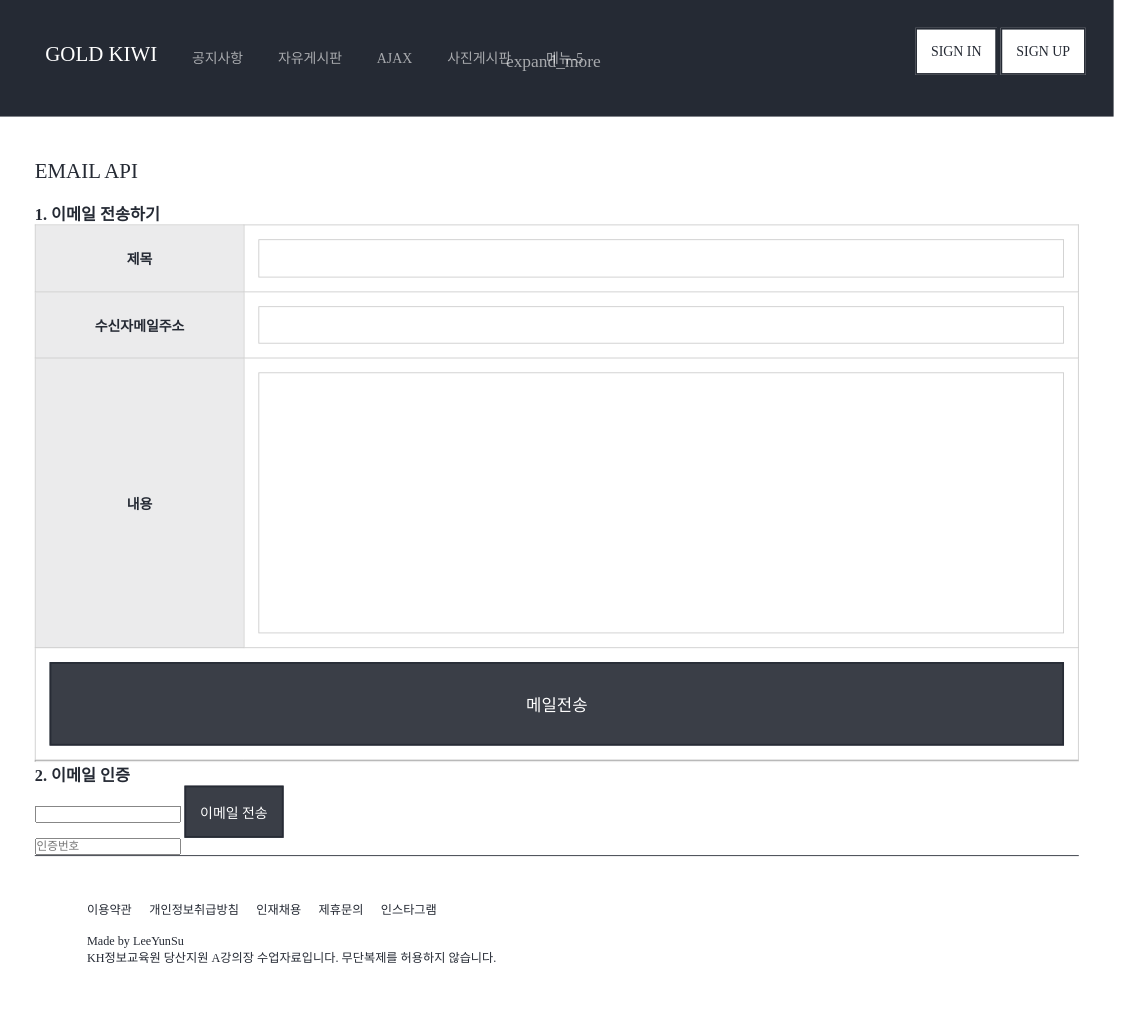
Repository: RiboKim/web-workspace
Page: http://localhost/07_mvc2WebProject/email.do
The author's editor kept a copy of each file at every save. The page is drawn from the files as they stood at one save, then again after the next save.
The browser window is 1280 px wide. The page is 1310 px wide, then 1280 px, so the pictures cover 1310 px, including what lies to the right of the window. The pictures show the whole page, at 87% of full size.
Some web fonts or font styles are not loaded; a fallback is used. The page is served by Tomcat 9. Other server files are loaded and not shown.

Above is the page before, as saved 2023-02-22 02:18:53.

### 07_mvc2WebProject/src/main/webapp/WEB-INF/views/etc/email.jsp
<%@ page language="java" contentType="text/html; charset=UTF-8"
    pageEncoding="UTF-8"%>
<!DOCTYPE html>
<html>
<head>
<meta charset="UTF-8">
<title>Insert title here</title>
<style>
	th,td{
		border : 1px solid #ccc;
	}
</style>
</head>
<body>
	<%@include file="/WEB-INF/views/common/header.jsp" %>
	<div class="page-content">
		<div class="page-title">EMAIL API</div>
		<h3>1. 이메일 전송하기</h3>
		<form action="/mailSend1.do" method="post">
			<table class="tbl">
				<tr class="tr-1">
					<th class="td-2" style="width:20%;">제목</th>
					<td>
						<input type="text" name="mailTitle" class="input-form">
					</td>
				</tr>
				<tr class="tr-1">
					<th class="td-2">수신자메일주소</th>
					<td>
						<input type="text" name="receiver" class="input-form">
					</td>
				</tr>
				<tr>
					<th class="td-2">내용</th>
					<td>
						<textarea name="mailContent" class="input-form"></textarea>
					</td>
				</tr>
				<tr>
					<th colspan="2">
						<button class="btn bc1 bs4" type="submit">메일전송</button>
					</th>
				</tr>
			</table>
		</form>
		<hr>
		<h3>2. 이메일 인증</h3>
		<input type="text" id="email">
		<button class="btn bc1" id="sendBtn">이메일 전송</button>
		<div id="auth">
			<input type="text" id="authCod" placeholder="인증번호"
		</div>
	</div>
	<script>
		$("#sendBtn").on("click",function(){

		});
	</script>
	<%@include file="/WEB-INF/views/common/footer.jsp" %>
</body>
</html>

### 07_mvc2WebProject/src/main/webapp/WEB-INF/views/common/header.jsp
<%@page import="kr.or.iei.member.model.vo.Member"%>
<%@ page language="java" contentType="text/html; charset=UTF-8"
    pageEncoding="UTF-8"%>
    <%
    	Member m = (Member)session.getAttribute("m");
    %>

	<!-- 구글 아이콘 -->
    <link href="https://fonts.googleapis.com/icon?family=Material+Icons" rel="stylesheet">
    <!-- jquery -->
    <script src="/js/jquery-3.6.0.js"></script>
    <!-- 기본 CSS -->
    <link rel="stylesheet" href="/css/default.css" />
    <!-- 기본 js -->
    <script src="/js/default.js"></script>

    <header>
      <div class="site-logo">
        <a href="/">GOLD KIWI</a>
      </div>
      <nav>
        <ul class="navi">
          <li><a href="/noticeList.do?requestPage=1">공지사항</a></li>
          <li><a href="/boardList.do?requestPage=1">자유게시판</a></li>
          <li><a href="/ajax.do">AJAX</a></li>
          <li><a href="/photoList.do">사진게시판</a></li>
          <li>
			<a href="#">메뉴-5</a>
            <ul class="sub-navi">
              <li><a href="/email.do">eamil</a></li>
              <li><a href="#">sub-2</a></li>
              <li><a href="#">sub-3</a></li>
            </ul>
           </li>
        </ul>
      </nav>
      <div class="header-link">
      <%if(m == null){ %>
        <button class="btn bc11 modal-open-btn" target="#login-modal">SIGN IN</button>
        <a class="btn bc11" href="/signupFrm.do">SIGN UP</a>
      <%}else{ %>
      <%--<a class="btn bc11" href="/mypage1.do"><%=m.getMemberName() %></a> --%>
      <%--memberId를 mypage2.do로 넘겨주는거 --%>
      <a class="btn bc11" href="/mypage2.do?memberId=<%=m.getMemberId() %>"><%=m.getMemberName() %></a>

      <a class="btn bc11" href="/logout.do">LOGOUT</a>
      <%} %>
      </div>
    </header>
    <%if(m == null) {%>
    <div id="login-modal" class="modal-bg">
      <div class="modal-wrap">
        <div class="modal-head">
          <h2>SIGN IN</h2>
          <span class="material-icons close-icon modal-close">close</span>
        </div>
        <form action="/signin.do" method="post">
        <div class="modal-content">
          <div class="input-box">
          	<label for="signId">아이디</label>
          	<input type="text" name="signId" id="signId" class="input-form" placeholder="아이디입력">
          </div>
          <div class="input-box">
          	<label for="signPw">비밀번호</label>
          	<input type="password" name="signPw" id="signPw" class="input-form" placeholder="비밀번호입력">
          </div>
          <div class="input-box link-box">
          	<a href="#">아이디/비밀번호 찾기</a>
          </div>
        </div>
        <div class="modal-foot">
          <button type="submit" class="btn bc11">로그인</button>
          <button type="button" class="btn bc1 modal-close">취소</button>
        </div>
        </form>
      </div>
    </div>
    <%}%>

### 07_mvc2WebProject/src/main/webapp/WEB-INF/views/common/footer.jsp
<%@ page language="java" contentType="text/html; charset=UTF-8"
    pageEncoding="UTF-8"%>
	<footer>
      <div class="footer-content">
        <ul>
          <li><a href="#">이용약관</a></li>
          <li><a href="#">개인정보취급방침</a></li>
          <li><a href="#">인재채용</a></li>
          <li><a href="#">제휴문의</a></li>
          <li><a href="#">인스타그램</a></li>
        </ul>
        <p>Made by LeeYunSu</p>
        <p>
          KH정보교육원 당산지원 A강의장 수업자료입니다. 무단복제를 허용하지
          않습니다.
        </p>
      </div>
    </footer>

### 07_mvc2WebProject/src/main/java/kr/or/iei/api/controller/EmailServlet.java
package kr.or.iei.api.controller;

import java.io.IOException;

import javax.servlet.RequestDispatcher;
import javax.servlet.ServletException;
import javax.servlet.annotation.WebServlet;
import javax.servlet.http.HttpServlet;
import javax.servlet.http.HttpServletRequest;
import javax.servlet.http.HttpServletResponse;

/**
 * Servlet implementation class EmailServlet
 */
@WebServlet(name = "Email", urlPatterns = { "/email.do" })
public class EmailServlet extends HttpServlet {
	private static final long serialVersionUID = 1L;

    /**
     * @see HttpServlet#HttpServlet()
     */
    public EmailServlet() {
        super();
        // TODO Auto-generated constructor stub
    }

	/**
	 * @see HttpServlet#doGet(HttpServletRequest request, HttpServletResponse response)
	 */
	protected void doGet(HttpServletRequest request, HttpServletResponse response) throws ServletException, IOException {
		//1.인코딩
		request.setCharacterEncoding("utf-8");
		//2.값추출
		//3.비즈니스로직
		//4.결과처리
		RequestDispatcher view = request.getRequestDispatcher("/WEB-INF/views/etc/email.jsp");
		view.forward(request, response);
	}

	/**
	 * @see HttpServlet#doPost(HttpServletRequest request, HttpServletResponse response)
	 */
	protected void doPost(HttpServletRequest request, HttpServletResponse response) throws ServletException, IOException {
		// TODO Auto-generated method stub
		doGet(request, response);
	}

}

### 07_mvc2WebProject/src/main/webapp/css/default.css
/* 사용할 font 선언 */
@font-face {
  font-family: ns-thin;
  src: url(../font/NotoSansKR-Thin.otf);
}
@font-face {
  font-family: ns-light;
  src: url(../font/NotoSansKR-Light.otf);
}
@font-face {
  font-family: ns-m;
  src: url(../font/NotoSansKR-Medium.otf);
}
@font-face {
  font-family: ns-bold;
  src: url(../font/NotoSansKR-Bold.otf);
}
@font-face {
  font-family: ns-black;
  src: url(../font/NotoSansKR-Black.otf);
}
/*
    사이트 사용 색상
    balck : #252A34
    darkgray : #393E46
    lightgray : #EEEEEE
    dark-mint : #00ADB5
    mint : #08D9D6
    point-red : #FF2E63
    point-pink : #F85F73
    point-violet : #892CDC
*/
/* 전체태그 기본 margin, padding 제거 */
/* 기본 글씨 색 및 폰트 설정 */

* {
  margin: 0;
  padding: 0;
  color: #252a34;
  font-family: ns-m;
}
body {
  display: flex;
  flex-direction: column;
  min-height: 100vh;
}
/* 기본화면 레이아웃 */
a {
  text-decoration: none;
}
header {
  background-color: #252a34;
  padding: 32px;
  display: flex;
  min-width: 1200px;
}
header > *:not(.header-link) {
  float: left;
}
header > .site-logo {
  padding: 0px 20px;
}
header > .site-logo > a {
  color: #fff;
  font-family: ns-bold;
  font-size: 24px;
  line-height: 60px;
}
header > nav {
  flex-grow: 1;
}

header > nav > .navi {
  list-style-type: none;
}
header > nav > .navi > li {
  float: left;
  position: relative;
}
header > nav > .navi > li > a {
  display: block;
  color: rgba(255, 255, 255, 0.6);
  padding: 5px 20px;
  transition-duration: 0.5s;
  line-height: 60px;
}
header > nav > .navi > li:hover > a,
header > nav > .navi > li:hover > a + span {
  color: rgba(255, 255, 255, 1);
}
header > nav > .navi > li:hover > .sub-navi {
  display : block;
}
header > nav .sub-navi {
  position: absolute;
  background-color: #fff;
  list-style-type: none;
  display: none;
  border: 1px solid rgba(0, 0, 0, 0.2);
  left: 10px;
  min-width: 10rem;
}
header > nav .sub-navi > li {
  padding: 0.25rem 1rem;
}
header > nav .sub-navi > li > a {
  display: block;
}
header > nav .sub-navi > li:hover {
  background-color: rgba(0, 0, 0, 0.05);
}
.material-icons.dropdown {
  font-size: 20px;
  color: rgba(255, 255, 255, 0.6);
  position: absolute;
  right: 0px;
  top: 27px;
  transition-duration: 0.5s;
}
.material-icons.dropdown:hover {
  cursor: pointer;
}
.page-content {
  width: 1200px;
  margin: 30px auto;
  margin-bottom: 10px;
  flex-grow: 1;
}
.page-title {
  font-family: ns-bold;
  padding: 20px 0px;
  font-size: 1.5rem;
}
footer {
  padding: 50px;
  border-top: 1px solid #252a34;
}
footer > .footer-content {
  width: 1200px;
  margin: 0 auto;
  padding: 0px 10px;
}
footer > .footer-content * {
  font-size: 14px;
}
footer > .footer-content > ul {
  list-style-type: none;
  overflow: hidden;
  margin-bottom: 20px;
}
footer > .footer-content > ul > li {
  float: left;
}
footer > .footer-content > ul > li > a {
  padding-right: 20px;
}

/* font 클래스*/
.f-thin {
  font-family: ns-thin;
}
.f-light {
  font-family: ns-light;
}
.f-medium {
  font-family: ns-m;
}
.f-bold {
  font-family: ns-bold;
}
.f-black {
  font-family: ns-black;
}

/* 글씨 색 */
.fc-1 {
  color: #252a34;
}
.fc-2 {
  color: #393e46;
}
.fc-3 {
  color: #eeeeee;
}
.fc-4 {
  color: #00adb5;
}
.fc-5 {
  color: #08d9d6;
}
.fc-6 {
  color: #ff2e63;
}
.fc-7 {
  color: #f85f73;
}
.fc-8 {
  color: #892cdc;
}

/* 배경 색*/
.bg-1 {
  background-color: #252a34;
}
.bg-2 {
  background-color: #393e46;
}
.bg-3 {
  background-color: #eeeeee;
}
.bg-4 {
  background-color: #00adb5;
}
.bg-5 {
  background-color: #08d9d6;
}
.bg-6 {
  background-color: #ff2e63;
}
.bg-7 {
  background-color: #f85f73;
}
.bg-8 {
  background-color: #892cdc;
}

/* 테이블 디자인 */
.tbl {
  width: 100%;
  border-spacing: 0px;
  border-collapse: collapse;
}
.tbl th,
.tbl td {
  padding: 1rem;
  text-align: center;
}
.tbl .tr-1 {
  background-color: rgba(255, 255, 255, 1);
}
.tbl .tr-2 {
  background-color: rgba(57, 62, 70, 0.1);
}
.tbl .tr-3 {
  background-color: rgba(0, 173, 181, 0.1);
}
.tbl .tr-4 {
  background-color: rgba(137, 44, 220, 0.1);
}
.tbl .tr-5 {
  background-color: rgba(255, 46, 999, 0.1);
}
.tbl .td-1 {
  background-color: rgba(255, 255, 255, 1);
}
.tbl .td-2 {
  background-color: rgba(57, 62, 70, 0.1);
}
.tbl .td-3 {
  background-color: rgba(0, 173, 181, 0.1);
}
.tbl .td-4 {
  background-color: rgba(137, 44, 220, 0.1);
}
.tbl .td-5 {
  background-color: rgba(255, 46, 999, 0.1);
}
.tbl.tbl-hover .tr-1:hover {
  background-color: rgba(0, 0, 0, 0.05);
}
.tbl.tbl-hover .tr-2:hover {
  background-color: rgba(57, 62, 70, 0.15);
}
.tbl.tbl-hover .tr-3:hover {
  background-color: rgba(0, 173, 181, 0.15);
}
.tbl.tbl-hover .tr-4:hover {
  background-color: rgba(137, 44, 220, 0.15);
}
.tbl.tbl-hover .tr-5:hover {
  background-color: rgba(255, 46, 999, 0.15);
}

/* 버튼 디자인 */
.btn {
  border: none;
  padding: 1rem;
  display: inline-block;
  box-sizing: border-box;
  transition-duration: 0.5s;
  font-size: 16px;
  font-family: ns-light;
}
.bc1 {
  background-color: rgba(37, 42, 52, 0.9);
  color: #fff;
  border: 2px solid rgba(37, 42, 52, 0.9);
}
.bc1:hover {
  background-color: rgba(37, 42, 52, 1);
  cursor: pointer;
}
.bc2 {
  background-color: rgba(57, 62, 70, 0.9);
  color: #fff;
  border: 2px solid rgba(57, 62, 70, 0.9);
}
.bc2:hover {
  background-color: rgba(57, 62, 70, 1);
  cursor: pointer;
}
.bc3 {
  background-color: rgba(238, 238, 238, 0.9);
  color: #252a34;
  border: 2px solid rgba(238, 238, 238, 0.9);
}
.bc3:hover {
  background-color: rgba(238, 238, 238, 1);
  cursor: pointer;
}
.bc4 {
  background-color: rgba(0, 173, 181, 0.9);
  color: #fff;
  border: 2px solid rgba(0, 173, 181, 0.9);
}
.bc4:hover {
  background-color: rgba(0, 173, 181, 1);
  cursor: pointer;
}
.bc5 {
  background-color: rgba(8, 217, 214, 0.9);
  color: #fff;
  border: 2px solid rgba(8, 217, 214, 0.9);
}
.bc5:hover {
  background-color: rgba(8, 217, 214, 1);
  cursor: pointer;
}
.bc6 {
  background-color: rgba(255, 46, 99, 0.9);
  color: #fff;
  border: 2px solid rgba(255, 46, 99, 0.9);
}
.bc6:hover {
  background-color: rgba(255, 46, 99, 1);
  cursor: pointer;
}
.bc7 {
  background-color: rgba(248, 95, 115, 0.9);
  color: #fff;
  border: 2px solid rgba(248, 95, 115, 0.9);
}
.bc7:hover {
  background-color: rgba(248, 95, 115, 1);
  cursor: pointer;
}
.bc8 {
  background-color: rgba(137, 44, 220, 0.9);
  color: #fff;
  border: 2px solid rgba(137, 44, 220, 0.9);
}
.bc8:hover {
  background-color: rgba(137, 44, 220, 1);
  cursor: pointer;
}
.bc11 {
  color: rgba(37, 42, 52, 1);
  background-color: #fff;
  border: 2px solid rgba(37, 42, 52, 1);
}
.bc11:hover {
  background-color: rgba(37, 42, 52, 1);
  cursor: pointer;
  color: #fff;
}
.bc22 {
  color: rgba(57, 62, 70, 1);
  background-color: #fff;
  border: 2px solid rgba(57, 62, 70, 1);
}
.bc22:hover {
  background-color: rgba(57, 62, 70, 1);
  cursor: pointer;
  color: #fff;
}
.bc33 {
  color: rgba(37, 42, 52, 1);
  background-color: #fff;
  border: 2px solid rgba(238, 238, 238, 1);
}
.bc33:hover {
  background-color: rgba(238, 238, 238, 1);
  cursor: pointer;
  color: rgba(37, 42, 52, 1);
}
.bc44 {
  color: rgba(0, 173, 181, 1);
  background-color: #fff;
  border: 2px solid rgba(0, 173, 181, 1);
}
.bc44:hover {
  background-color: rgba(0, 173, 181, 1);
  color: #fff;
  cursor: pointer;
}
.bc55 {
  color: rgba(8, 217, 214, 1);
  background-color: #fff;
  border: 2px solid rgba(8, 217, 214, 1);
}
.bc55:hover {
  background-color: rgba(8, 217, 214, 1);
  color: #fff;
  cursor: pointer;
}
.bc66 {
  color: rgba(255, 46, 99, 1);
  background-color: #fff;
  border: 2px solid rgba(255, 46, 99, 1);
}
.bc66:hover {
  background-color: rgba(255, 46, 99, 1);
  color: #fff;
  cursor: pointer;
}
.bc77 {
  color: rgba(248, 95, 115, 1);
  background-color: #fff;
  border: 2px solid rgba(248, 95, 115, 1);
}
.bc77:hover {
  background-color: rgba(248, 95, 115, 1);
  color: #fff;
  cursor: pointer;
}
.bc88 {
  color: rgba(137, 44, 220, 1);
  background-color: #fff;
  border: 2px solid rgba(137, 44, 220, 1);
}
.bc88:hover {
  background-color: rgba(137, 44, 220, 1);
  color: #fff;
  cursor: pointer;
}
.bs1 {
  padding: 1rem;
}
.bs2 {
  padding: 1.5rem;
  font-size: 1.1em;
}
.bs3 {
  padding: 2rem;
  font-size: 1.2em;
}
.bs4 {
  width: 100%;
  padding: 2rem;
  font-size: 1.2em;
}
/* input 디자인 */
.input-form {
  width: 100%;
  display: block;
  padding: 0.8rem;
  background-color: #fff;
  outline: none;
  border: 1px solid #ccc;

  box-sizing: border-box;
}
.input-form:focus {
  box-shadow: 0 0 0 0.1rem #eee;
}

textarea.input-form {
  resize: none;
  min-height: 300px;
}
.input-form:read-only:not(select),
.input-form:disabled {
  background-color: #f7f7f9;
}
/* 페이징 디자인 */
.pagination {
  list-style-type: none;
  display: flex;
  justify-content: center;
  align-items: center;
}
.pagination > li {
  width: 40px;
  height: 40px;
  text-align: center;
  line-height: 40px;
  overflow: hidden;
}
.pagination.circle-style > li {
  border-radius: 50%;
}
.pagination > li > a.page-item {
  display: block;
  width: 100%;
  height: 100%;
  font-size: 18px;
}
.pagination > li > a.page-item > span.material-icons {
  display: block;
  width: 100%;
  height: 100%;
  line-height: 40px;
}
.pagination .page-item.active-page {
  background-color: #252a34;
  color: #fff;
}
/*게시물 표현*/
.posting-wrap {
  display: flex;
  flex-wrap: wrap;
}
.posting-wrap .posting-item {
  box-sizing: border-box;
  width: calc(100% / 5);
  padding: 20px;
}
.posting-wrap .posting-item .posting-img img {
  width: 100%;
  height: 200px;
}
.posting-wrap .posting-item .posting-content {
  width: 80%;
  margin: 0 auto;
}
.posting-wrap .posting-item:hover {
  box-shadow: 0 2px 10px 0 rgba(0, 0, 0, 0.2);
}
/* 댓글 */
.posting-comment {
  display: flex;
  border-top: 2px solid #ccc;

  list-style-type: none;
}
.posting-comment > li {
  box-sizing: border-box;
}
.posting-comment > li:first-child {
  width: 15%;
  display: flex;
  justify-content: center;
  align-items: center;
  min-height: 100px;
  border-right: 1px solid #ccc;
}
.posting-comment.reply > li:first-child {
  width: 20%;
}
.posting-comment > li:first-child .material-icons {
  font-size: 80px;
  color: #ccc;
}
.posting-comment.reply > li:first-child .material-icons:first-child {
  font-size: 40px;
  color: #ccc;
}
.posting-comment.reply > li:last-child {
  display: flex;
  flex-direction: column;
  width: 80%;
}
.posting-comment > li:last-child {
  display: flex;
  flex-direction: column;
  width: 85%;
}
.posting-comment > li:last-child > p {
  width: 100%;
  padding: 5px;
  box-sizing: border-box;
}
.posting-comment > li:last-child > .comment-info > span {
  padding: 0px 10px;
}
.posting-comment > li:last-child > .comment-info > span:not(:last-child) {
  border-right: 2px solid #ccc;
}
.posting-comment > li:last-child > .comment-content {
  padding: 0px 15px;
}
.posting-comment > li:last-child > .comment-link {
  text-align: right;
}
.posting-comment > li:last-child > .comment-link > a {
  margin: 0px 5px;
}
.posting-comment > li:last-child > .comment-link > a:hover {
  text-decoration: underline;
}

/*모달*/
.modal-bg {
  background-color: rgba(0, 0, 0, 0.3);
  position: fixed;
  width: 100%;
  height: 100vh;
  display: none;
  align-items: center;
  flex-direction: column;
}
.modal-wrap {
  margin-top: 150px;
  width: 600px;
  background: #fff;
  height: auto;
}
.modal-wrap div {
  padding: 1rem;
}
.modal-wrap div:not(:last-child) {
  border-bottom: 1px solid #ccc;
}
.modal-wrap .modal-foot {
  text-align: right;
}
.modal-wrap div.modal-head {
  position: relative;
}
.close-icon {
  position: absolute;
  top: 16px;
  right: 16px;
  font-size: 30px;
}
.close-icon:hover {
  cursor: pointer;
}

### 07_mvc2WebProject/src/main/webapp/js/default.js
$(function () {
  $(document).on("click", ".modal-open-btn", function () {
    $($(this).attr("target")).css("display", "flex");
  });
  $(document).on("click", ".modal-close", function () {
    $(this).parents(".modal-wrap").parent().css("display", "none");
  });
  $(".sub-navi").prev().after("<span class='material-icons dropdown'>expand_more</span>");
});
function alertFunc(icon){
	swal({
        title: '제목',
        text: '내용내용내용',
        icon: icon
      });
      //이후 페이지 이동 시 추가
      /*
      .then(function(){
    	 window.location = "${loc}";
      });
      */
}

Loaded but not shown: 07_mvc2WebProject/src/main/webapp/js/jquery-3.6.0.js (library)

After the next save:
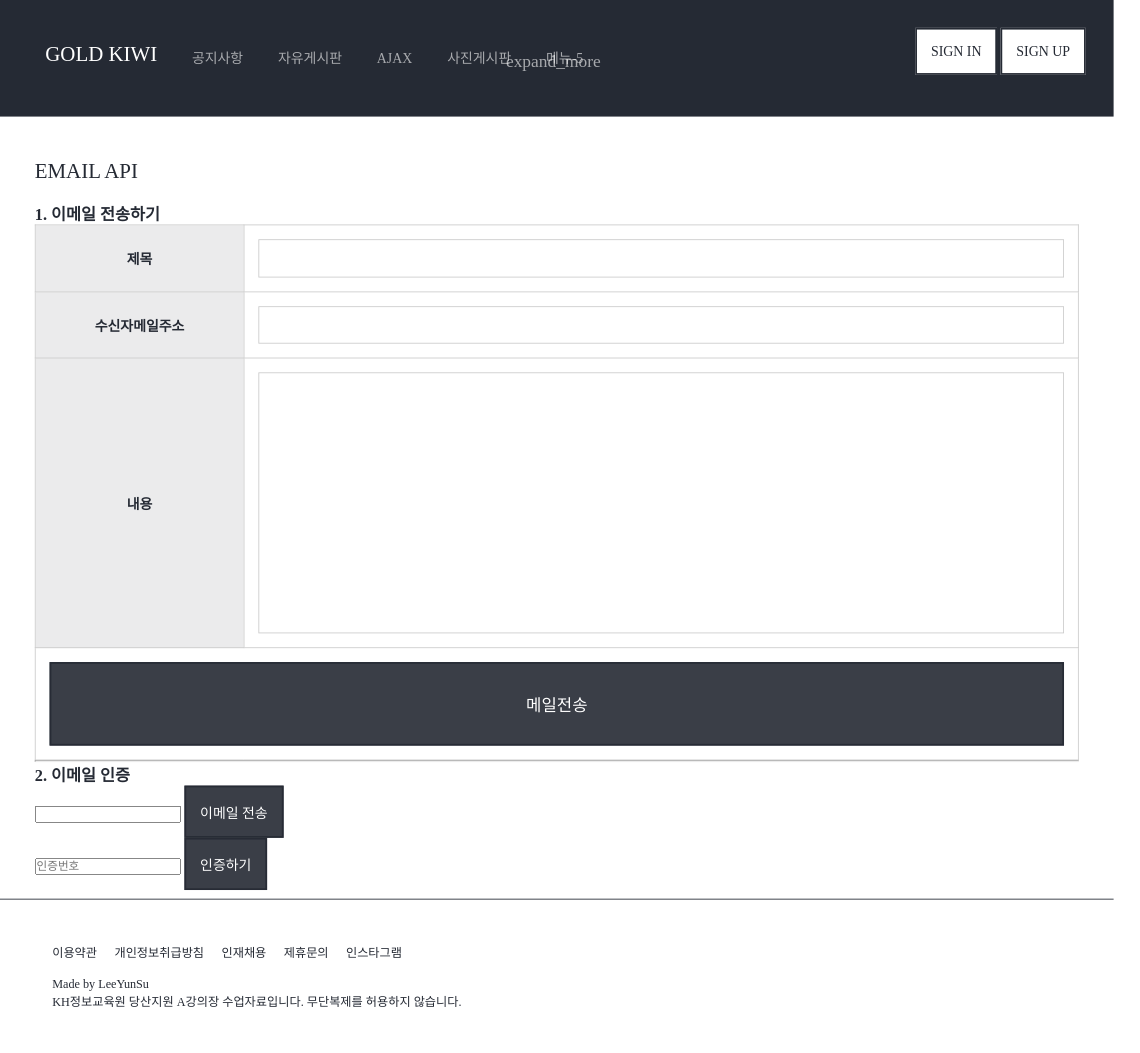
Saved 16 s later.
--- a/07_mvc2WebProject/src/main/webapp/WEB-INF/views/etc/email.jsp
+++ b/07_mvc2WebProject/src/main/webapp/WEB-INF/views/etc/email.jsp
@@ -48,7 +48,8 @@
 		<input type="text" id="email">
 		<button class="btn bc1" id="sendBtn">이메일 전송</button>
 		<div id="auth">
-			<input type="text" id="authCod" placeholder="인증번호"
+			<input type="text" id="authCod" placeholder="인증번호">
+			<button class="btn bc1" id="autoBtn">인증하기</button>
 		</div>
 	</div>
 	<script>
